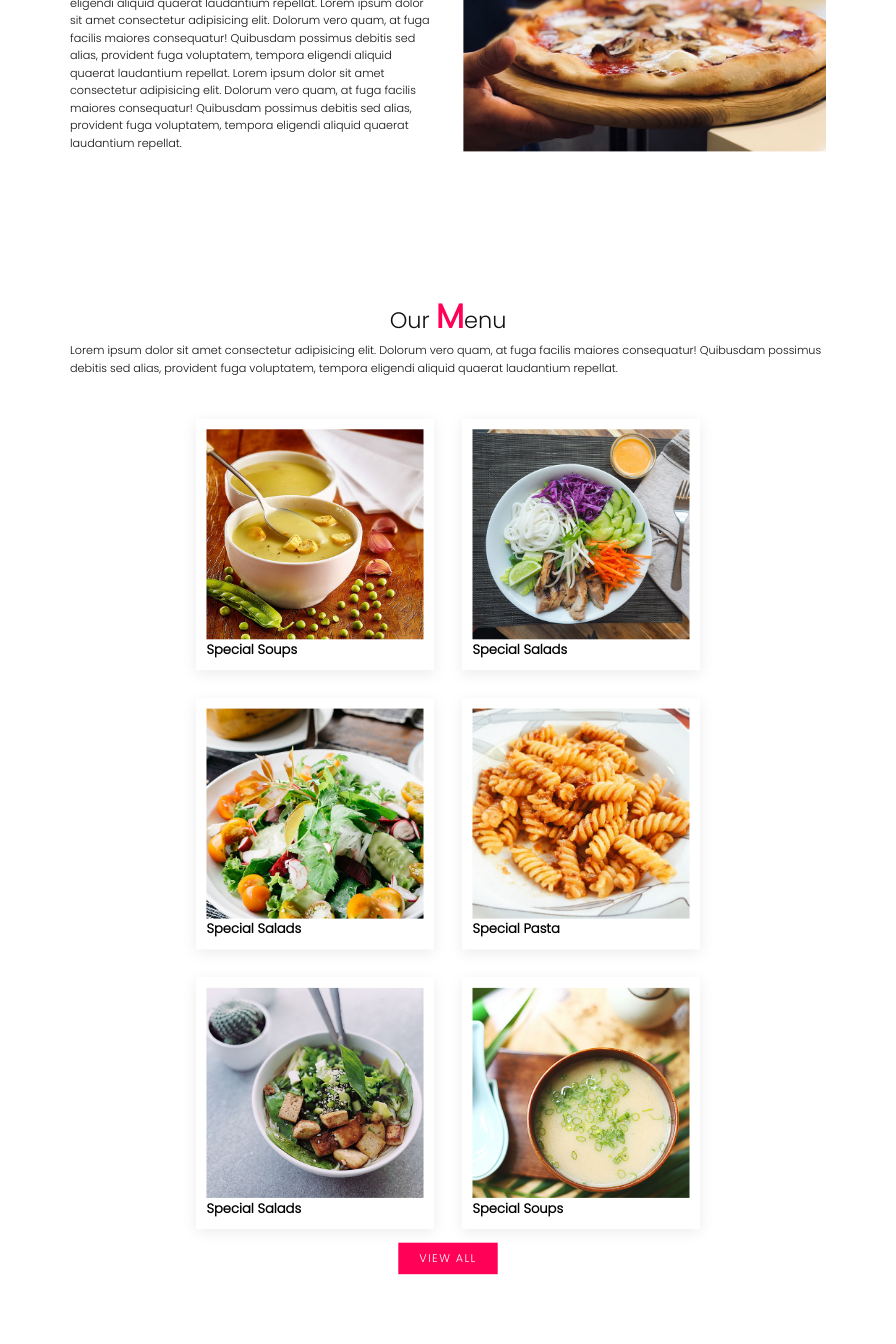
Repository: Adriandias1997/MobileFriendly_FoodWebsite
Page: index.html
These files come from the project's save history. The page is drawn as it stood at one moment and after the next save; the edit follows.
The browser window is 1280 px wide. The pictures show the part of the page from y = 976 to 2896 px (the page is 2896 px tall), at 70% of full size.

Above is the page before, as saved 2020-10-16 16:35:45.

After the next save:
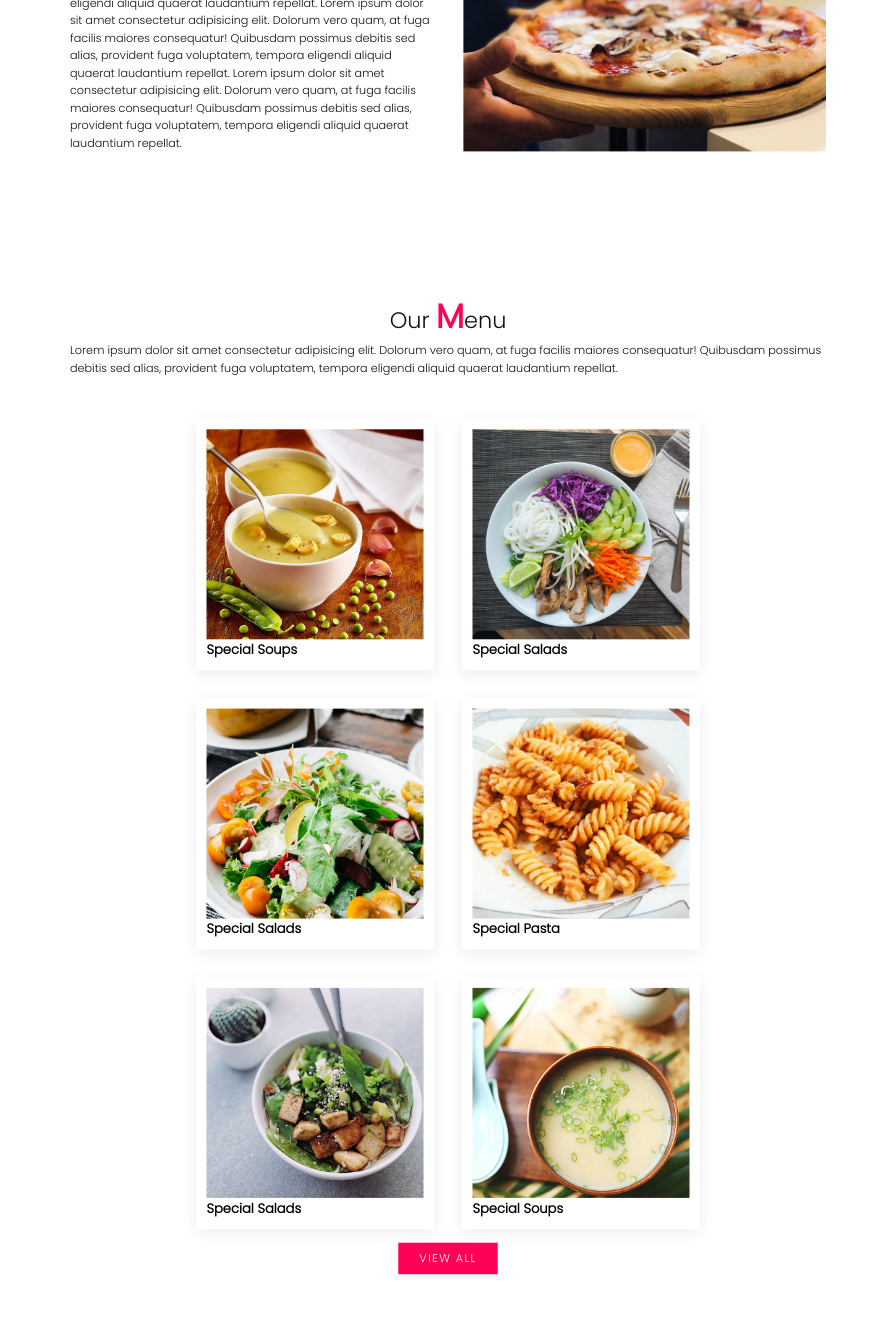
Saved 11 s later.
--- a/style.css
+++ b/style.css
@@ -199,4 +199,5 @@ section {
     left: 0;
     width: 100%;
     height: 100%;
-}
+    object-fit: cover;
+}
